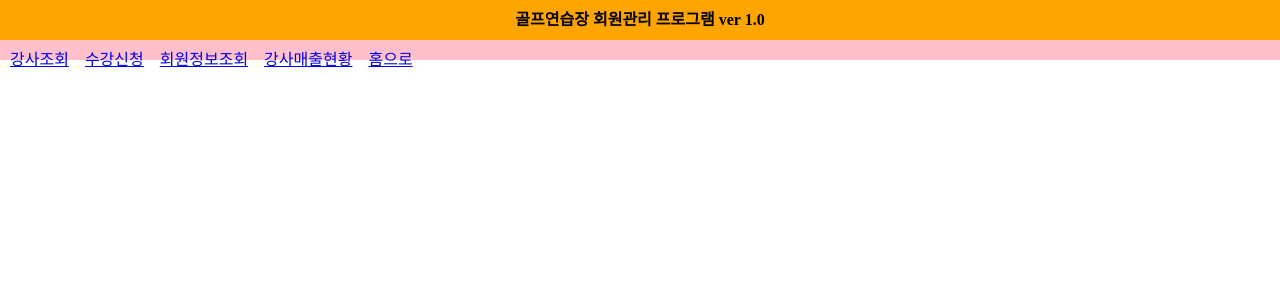
Repository: wjdwlgns1101/school_hrd
Page: http://localhost/hrd_30111_1_/
These files come from the project's save history. The page is drawn as it stood at one moment and after the next save; the edit follows.
The browser window is 1280 px wide. The pictures show the whole page.
The page is served by Tomcat 9.

Above is the page before, as saved 2024-05-06 13:48:24.

After the next save:
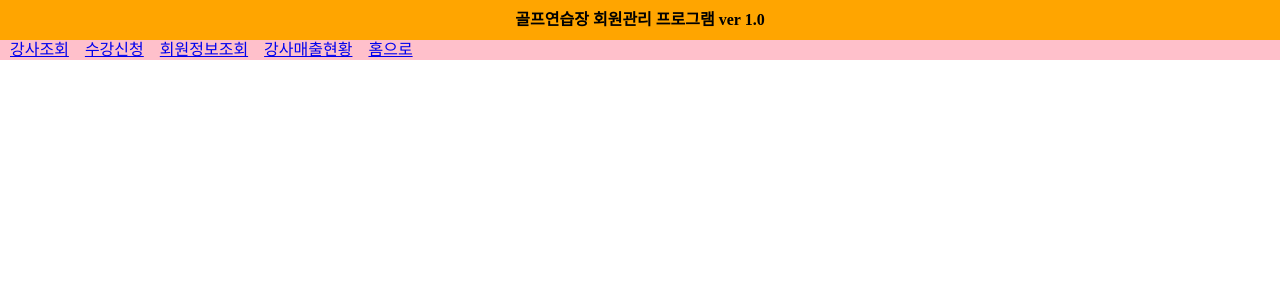
Saved 9 s later.
--- a/hrd_30111_(1)/hrd_30111(1)/src/main/webapp/header.jsp
+++ b/hrd_30111_(1)/hrd_30111(1)/src/main/webapp/header.jsp
@@ -10,7 +10,7 @@
 <header style="position: fixed; background-color: orange; width: 100%; height: 40px; padding: 0; left: 0; top: 0; text-align: center; line-height: 40px;'">
 	<b>골프연습장 회원관리 프로그램 ver 1.0</b>
 
-<nav style="background-color: pink; text-align: left; padding-left: 10px; height: 20px;" >
+<nav style="background-color: pink; text-align: left; padding-left: 10px; height: 20px; line-height: 20px;" >
 
 	<a href="#">강사조회</a> &nbsp;&nbsp;
 	<a href="#">수강신청</a> &nbsp;&nbsp;
